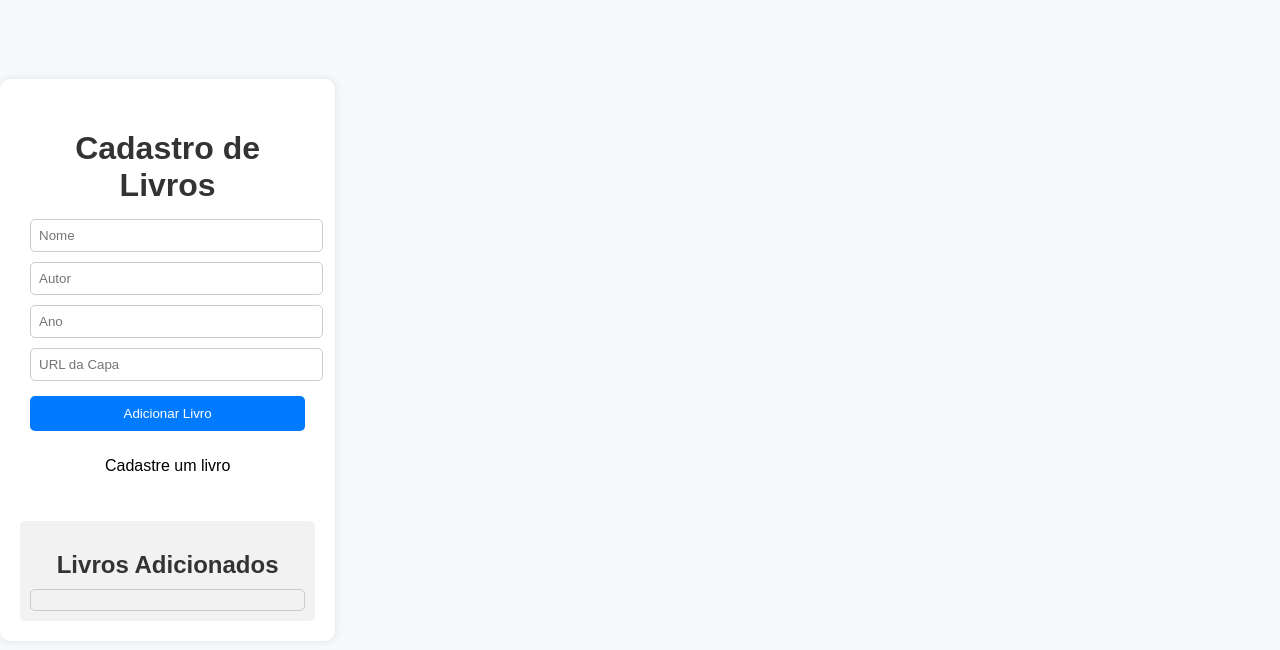
Repository: Matheus904-12/JS-BIN
Page: index.html
The author's editor kept a copy of each file at every save. The page is drawn from the files as they stood at one save, then again after the next save.
The browser window is 1280 px wide. The pictures show the whole page.

Above is the page before, as saved 2023-09-10 20:03:53.

### index.html
<!DOCTYPE html>
<html lang="pt-br">

<head>
    <meta charset="UTF-8">
    <meta name="viewport" content="width=device-width, initial-scale=1.0">
    <title>Biblioteca de Livros</title>
    <link rel="stylesheet" href="style.css">
</head>

<body>
    <div class="container">
        <div class="cadastro-box">
            <h1>Cadastro de Livros</h1>
            <input id="nomeLivro" placeholder="Nome" type="text">
            <input id="autorLivro" placeholder="Autor" type="text">
            <input id="anoLivro" placeholder="Ano" type="number">
            <input id="capaLivro" placeholder="URL da Capa" type="text">
            <button onclick="adicionar();">Adicionar Livro</button>
            <p id="contadorLivros">Cadastre um livro</p>
        </div>
        <div class="registros-box">
            <h2>Livros Adicionados</h2>
            <div id="livros" class="livros-box"></div>
        </div>
    </div>
    <div class="notification-carousel" id="notification-carousel"></div>
    <div class="carrossel-box">
        <div class="carrossel" id="carrossel"></div>
    </div>
    <script src="script.js"></script>
</body>

</html>

### style.css
body {
    font-family: 'Arial', sans-serif;
    background-color: #f8f9fa;
    margin: 0;
    padding: 0;
    display: flex;
    justify-content: center;
    align-items: center;
    min-height: 100vh;
}

.container {
    display: flex;
    flex-direction: column;
    background-color: #ffffff;
    border-radius: 10px;
    box-shadow: 0px 0px 10px rgba(0, 0, 0, 0.1);
    text-align: center;
    width: 400px;
    padding: 20px;
}

.cadastro-box {
    padding: 10px;
}

.cadastro-box h1 {
    color: #333;
    margin-bottom: 10px;
}

.cadastro-box input {
    width: 100%;
    padding: 8px;
    margin: 5px 0;
    border: 1px solid #ccc;
    border-radius: 5px;
}

.cadastro-box button {
    width: 100%;
    padding: 10px;
    margin: 10px 0;
    background-color: #007bff;
    color: #fff;
    border: none;
    border-radius: 5px;
    cursor: pointer;
    transition: background-color 0.3s;
}

.cadastro-box button:hover {
    background-color: #0056b3;
}

.registros-box {
    background-color: #f2f2f2;
    padding: 10px;
    text-align: center;
    margin-top: 20px;
    border-radius: 5px;
}

.registros-box h2 {
    color: #333;
    margin-bottom: 10px;
}

.livros-box {
    border: 1px solid #ccc;
    padding: 10px;
    margin-top: 10px;
    border-radius: 5px;
    overflow-y: auto;
    max-height: 150px;
}

.livro {
    display: flex;
    justify-content: space-between;
    align-items: center;
    margin-bottom: 5px;
    padding: 5px;
    border-bottom: 1px solid #ddd;
}

.livro h3 {
    margin: 0;
    font-size: 14px;
}

.livro button {
    background-color: #007bff;
    color: #fff;
    border: none;
    border-radius: 3px;
    padding: 3px 8px;
    cursor: pointer;
    transition: background-color 0.3s;
}

.livro button:hover {
    background-color: #0056b3;
}

.notification-carousel {
    position: absolute;
    top: 20px;
    right: 20px;
    width: 300px;
    text-align: center;
    z-index: 1;
    pointer-events: none;
}

.notification {
    position: relative;
    margin-bottom: 5px;
    padding: 5px;
    color: #fff;
    border-radius: 5px;
    z-index: 2;
}

.carrossel-box {
    position: relative;
    overflow: hidden;
    width: 100%;
    margin-top: 20px;
}

.carrossel {
    display: flex;
    transition: transform 0.5s;
    overflow: hidden;
}

.capa {
    flex: 0 0 100%;
    height: 150px;
    background-size: cover;
    background-position: center;
    opacity: 0;
    transition: opacity 0.5s;
}

### script.js
let biblioteca = [];
let carrosselIndex = 0;
let notifications = [];

function cadastro(nome, autor, ano, capa) {
    var livro = {
        nome: nome,
        autor: autor,
        ano: ano,
        capa: capa
    };
    biblioteca.push(livro);
    atualizarContador();
    mostrarLivros();
    startCarousel();
}

function adicionar() {
    let nome = document.getElementById('nomeLivro').value;
    let autor = document.getElementById('autorLivro').value;
    let ano = document.getElementById('anoLivro').value;
    let capa = document.getElementById('capaLivro').value;
    cadastro(nome, autor, ano, capa);
    showNotification('Livro adicionado com sucesso!', true);
}

function mostrarLivros() {
    const livrosDiv = document.getElementById('livros');
    livrosDiv.innerHTML = '';

    for (let i = 0; i < biblioteca.length; i++) {
        const livro = biblioteca[i];
        const livroDiv = document.createElement('div');
        livroDiv.classList.add('livro');

        const infoDiv = document.createElement('div');
        const nomeAutor = document.createElement('h3');
        nomeAutor.textContent = `Nome: ${livro.nome}, Autor: ${livro.autor}`;
        infoDiv.appendChild(nomeAutor);

        const ano = document.createElement('p');
        ano.textContent = `Ano: ${livro.ano}`;
        infoDiv.appendChild(ano);

        const capaDiv = document.createElement('div');
        capaDiv.classList.add('capa-livro');
        capaDiv.style.backgroundImage = `url('${livro.capa}')`;
        livroDiv.appendChild(capaDiv);

        const btnDiv = document.createElement('div');
        const mostrarBtn = document.createElement('button');
        mostrarBtn.textContent = 'Mostrar';
        mostrarBtn.onclick = function () {
            console.log(`Nome: ${livro.nome}, Autor: ${livro.autor}, Ano: ${livro.ano}`);
        };
        btnDiv.appendChild(mostrarBtn);

        const apagarBtn = document.createElement('button');
        apagarBtn.textContent = 'Apagar';
        apagarBtn.onclick = function () {
            biblioteca.splice(i, 1);
            mostrarLivros();
            atualizarContador();
        };
        btnDiv.appendChild(apagarBtn);

        livroDiv.appendChild(infoDiv);
        livroDiv.appendChild(btnDiv);

        livrosDiv.appendChild(livroDiv);
    }

    startCarousel(); // Iniciar o carrossel após atualizar os livros
}

function apagarLivros() {
    biblioteca = [];
    atualizarContador();
    mostrarLivros();
    console.log('Biblioteca apagada');
}

function atualizarContador() {
    const contador = document.getElementById('contadorLivros');
    if (biblioteca.length === 0) {
        contador.textContent = 'Cadastre um livro';
    } else {
        contador.textContent = `${biblioteca.length} livro${biblioteca.length === 1 ? '' : 's'} cadastrado${biblioteca.length === 1 ? '' : 's'}`;
    }
}

function showNotification(message, isSuccess) {
    const notificationCarousel = document.getElementById('notification-carousel');
    const newNotification = document.createElement('div');
    newNotification.textContent = message;
    newNotification.style.backgroundColor = isSuccess ? '#28a745' : '#dc3545';
    newNotification.classList.add('notification');
    notificationCarousel.appendChild(newNotification);

    notifications.push(newNotification);
    startNotificationCarousel();
}

function startNotificationCarousel() {
    let currentIndex = notifications.length - 1;
    notifications[currentIndex].style.transform = 'translateX(0)';

    setTimeout(() => {
        notifications[currentIndex].style.transform = 'translateX(100%)';

        setTimeout(() => {
            notifications[currentIndex].remove();
            notifications.splice(currentIndex, 1);
        }, 500);
    }, 3000);
}

function startCarousel() {
    const carrossel = document.getElementById('carrossel');
    carrossel.innerHTML = '';

    for (let i = 0; i < biblioteca.length; i++) {
        const livro = biblioteca[i];
        const capaDiv = document.createElement('div');
        capaDiv.classList.add('capa');
        capaDiv.style.backgroundImage = `url('${livro.capa}')`;

        carrossel.appendChild(capaDiv);
    }

    carrosselIndex = 0;
    showNextCarrosselItem();
}

function showNextCarrosselItem() {
    const carrossel = document.getElementById('carrossel');
    const capas = carrossel.querySelectorAll('.capa');

    if (capas.length > 0) {
        capas[carrosselIndex].style.opacity = '1';

        setTimeout(() => {
            capas[carrosselIndex].style.opacity = '0';
            carrosselIndex = (carrosselIndex + 1) % capas.length;
            showNextCarrosselItem();
        }, 3000); // Troca a cada 3 segundos (3000 milissegundos)
    }
}

After the next save:
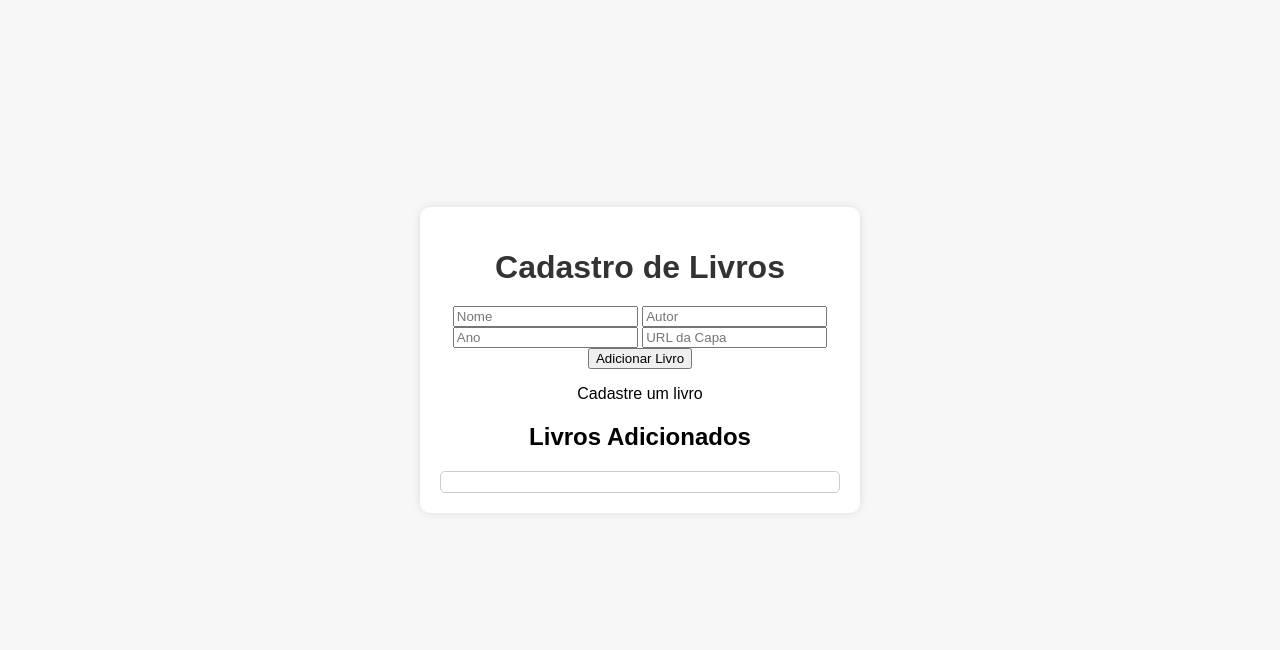
Saved 2 min 23 s later.
--- a/style.css
+++ b/style.css
@@ -1,69 +1,66 @@
 body {
     font-family: 'Arial', sans-serif;
-    background-color: #f8f9fa;
-    margin: 0;
-    padding: 0;
+    background-color: #f7f7f7;
     display: flex;
     justify-content: center;
     align-items: center;
-    min-height: 100vh;
+    height: 100vh;
+    margin: 0;
 }
 
 .container {
-    display: flex;
-    flex-direction: column;
-    background-color: #ffffff;
+    background-color: #fff;
     border-radius: 10px;
     box-shadow: 0px 0px 10px rgba(0, 0, 0, 0.1);
+    padding: 20px;
+    width: 400px;
     text-align: center;
-    width: 400px;
-    padding: 20px;
 }
 
-.cadastro-box {
-    padding: 10px;
+.container h1 {
+    color: #333;
+    margin-bottom: 20px;
 }
 
-.cadastro-box h1 {
-    color: #333;
-    margin-bottom: 10px;
+.input-group {
+    margin-bottom: 15px;
 }
 
-.cadastro-box input {
-    width: 100%;
+.input-group label {
+    display: block;
+    font-weight: bold;
+    margin-bottom: 5px;
+    text-align: left;
+}
+
+.input-group input {
+    width: calc(100% - 12px);
     padding: 8px;
-    margin: 5px 0;
     border: 1px solid #ccc;
     border-radius: 5px;
+    font-size: 16px;
 }
 
-.cadastro-box button {
-    width: 100%;
+.btn-group {
+    display: flex;
+    justify-content: space-between;
+    align-items: center;
+}
+
+.btn-group button {
+    flex: 1;
     padding: 10px;
-    margin: 10px 0;
-    background-color: #007bff;
-    color: #fff;
+    margin: 0 5px;
     border: none;
     border-radius: 5px;
+    font-size: 16px;
     cursor: pointer;
     transition: background-color 0.3s;
 }
 
-.cadastro-box button:hover {
-    background-color: #0056b3;
-}
-
-.registros-box {
-    background-color: #f2f2f2;
-    padding: 10px;
-    text-align: center;
-    margin-top: 20px;
-    border-radius: 5px;
-}
-
-.registros-box h2 {
-    color: #333;
-    margin-bottom: 10px;
+.btn-group button:hover {
+    background-color: #007bff;
+    color: #fff;
 }
 
 .livros-box {
@@ -82,11 +79,11 @@ body {
     margin-bottom: 5px;
     padding: 5px;
     border-bottom: 1px solid #ddd;
+    font-size: 14px;
 }
 
 .livro h3 {
     margin: 0;
-    font-size: 14px;
 }
 
 .livro button {
@@ -102,44 +99,3 @@ body {
 .livro button:hover {
     background-color: #0056b3;
 }
-
-.notification-carousel {
-    position: absolute;
-    top: 20px;
-    right: 20px;
-    width: 300px;
-    text-align: center;
-    z-index: 1;
-    pointer-events: none;
-}
-
-.notification {
-    position: relative;
-    margin-bottom: 5px;
-    padding: 5px;
-    color: #fff;
-    border-radius: 5px;
-    z-index: 2;
-}
-
-.carrossel-box {
-    position: relative;
-    overflow: hidden;
-    width: 100%;
-    margin-top: 20px;
-}
-
-.carrossel {
-    display: flex;
-    transition: transform 0.5s;
-    overflow: hidden;
-}
-
-.capa {
-    flex: 0 0 100%;
-    height: 150px;
-    background-size: cover;
-    background-position: center;
-    opacity: 0;
-    transition: opacity 0.5s;
-}
